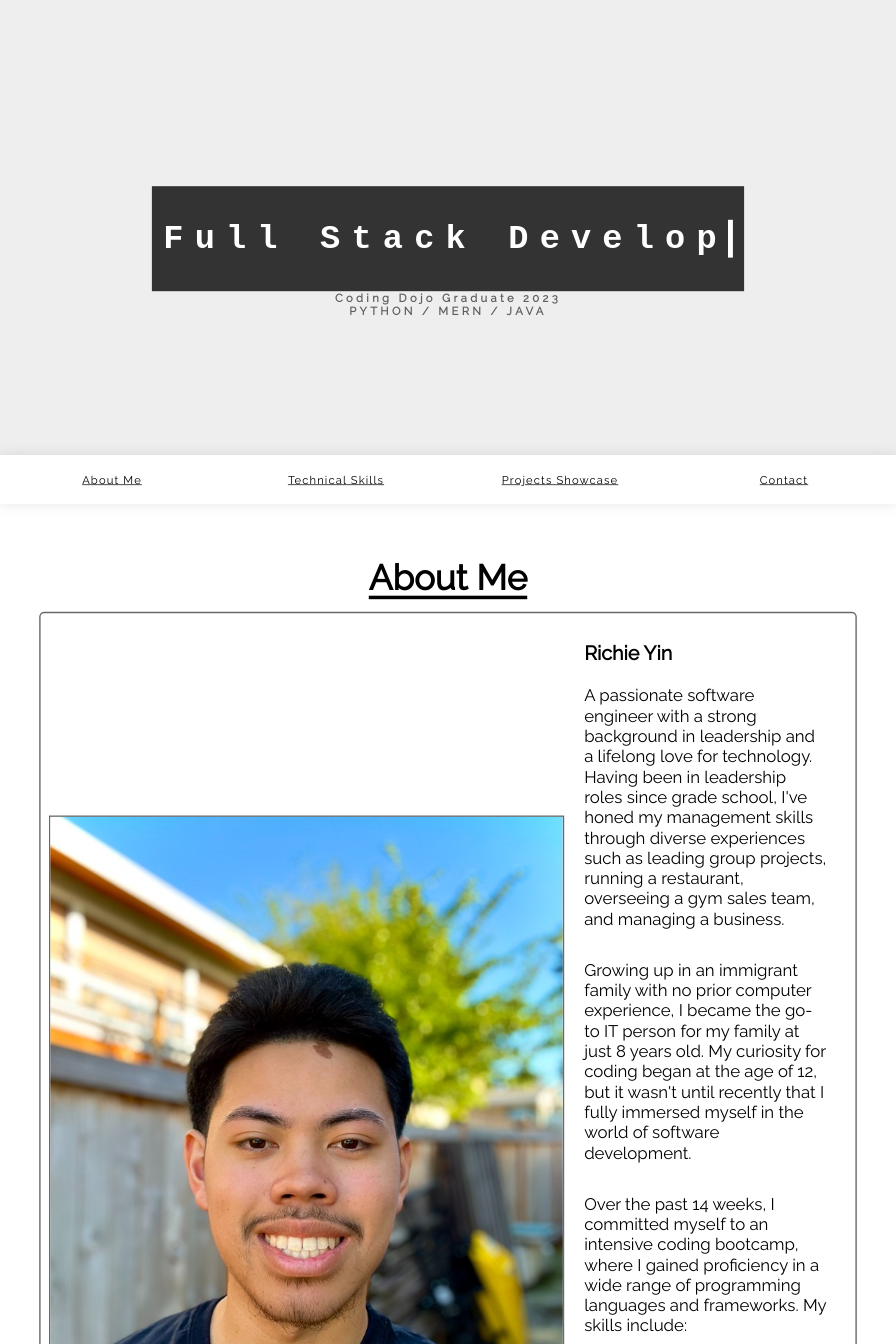
Repository: RICHIE-YIN/Personal-Portfolio
Page: index.html
These files come from the project's save history. The page is drawn as it stood at one moment and after the next save; the edit follows.
The browser window is 1280 px wide. The pictures show the part of the page from y = 0 to 1920 px (the page is 4183 px tall), at 70% of full size.
Some web fonts or font styles are not loaded; a fallback is used.

Above is the page before, as saved 2023-06-12 17:56:49.
Console error: ReferenceError: $ is not defined

After the next save:
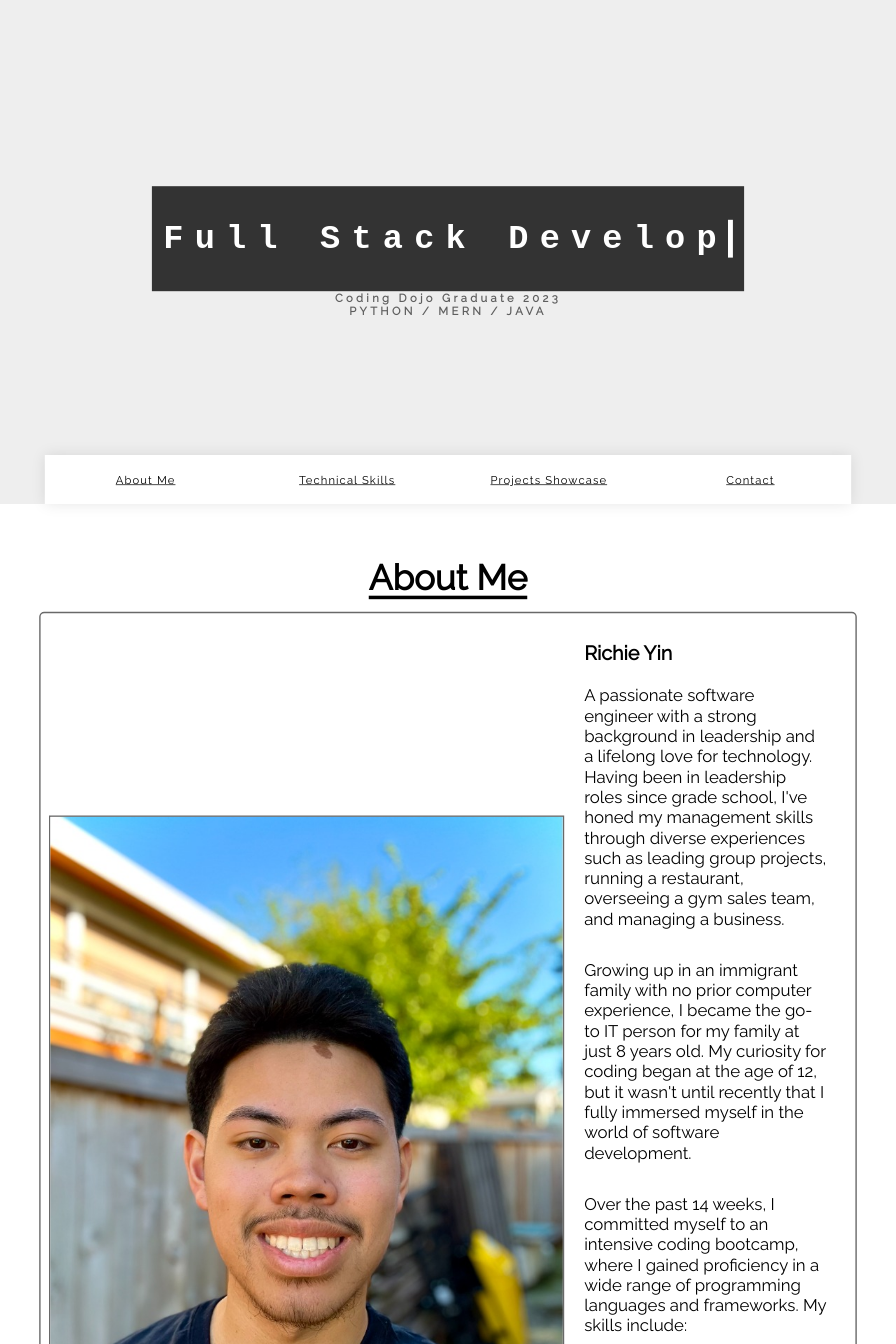
Saved 21 s later.
--- a/styles.css
+++ b/styles.css
@@ -220,7 +220,8 @@
     flex-direction: row;
     position: absolute;
     bottom: 0;
-    width: 100%;
+    width: 90%;
+    margin: 0 auto;
     height: 70px;
     box-shadow: 0 0 20px rgba(0, 0, 0, 0.1);
     background: #fff;
